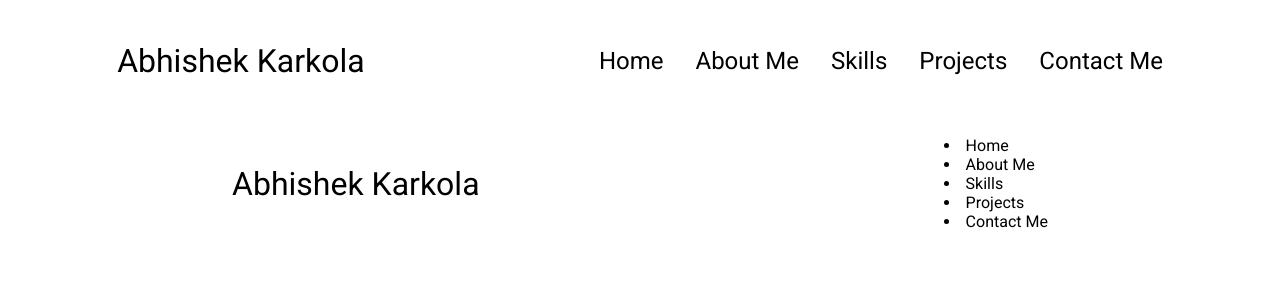
Repository: APersonalVoyage/APersonalVoyage.github.io
Page: index.html
The author's editor kept a copy of each file at every save. The page is drawn from the files as they stood at one save, then again after the next save.
The browser window is 1280 px wide. The pictures show the whole page.

Above is the page before, as saved 2023-08-23 17:30:18.

After the next save:
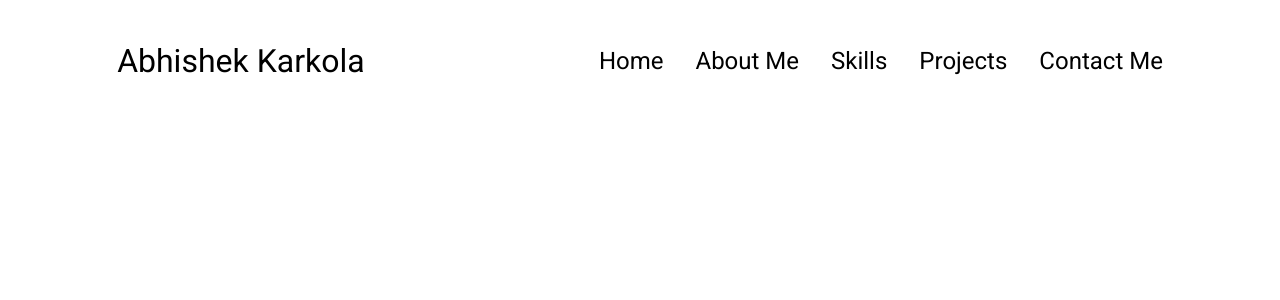
Saved 109 s later.
--- a/style.css
+++ b/style.css
@@ -67,3 +67,83 @@ a:hover{
 .logo:hover{
     cursor:default;
 }
+
+/*HamBurger Menu*/
+
+#hamburger-nav {
+    display: none;
+  }
+
+  .hamburger-menu {
+    position: relative;
+    display: inline-block;
+  }
+
+  .hamburger-icon {
+    display: flex;
+    flex-direction: column;
+    justify-content: space-between;
+    height: 24px;
+    width: 30px;
+    cursor: pointer;
+  }
+
+  .hamburger-icon span {
+    width: 100%;
+    height: 2px;
+    background-color: black;
+    transition: all 0.3 ease-in-out;
+  }
+
+  .menu-links {
+    position: absolute;
+    top: 100%;
+    right: 0;
+    background-color: white;
+    width: fit-content;
+    max-height: 0;
+    overflow: hidden;
+    transition: all 0.3 ease-in-out;
+  }
+
+  .menu-links a {
+    display: block;
+    padding: 10px;
+    text-align: center;
+    font-size: 1.5rem;
+    color: black;
+    text-decoration: none;
+    transition: all 0.3 ease-in-out;
+  }
+
+  .menu-links li {
+    list-style: none;
+  }
+
+  .menu-links.open {
+    max-height: 300px;
+  }
+
+  .hamburger-icon.open span:first-child {
+    transform: rotate(45deg) translate(10px, 5px);
+  }
+
+  .hamburger-icon.open span:nth-child(2) {
+    opacity: 0;
+  }
+
+  .hamburger-icon.open span:last-child {
+    transform: rotate(-45deg) translate(10px, -5px);
+  }
+
+  .hamburger-icon span:first-child {
+    transform: none;
+  }
+
+  .hamburger-icon span:first-child {
+    opacity: 1;
+  }
+
+  .hamburger-icon span:first-child {
+    transform: none;
+  }
